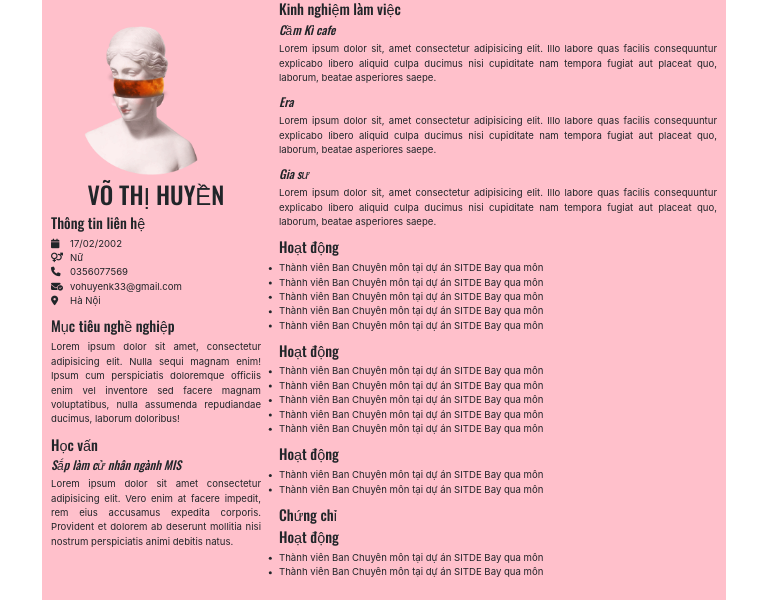
Repository: huyennvo/CSS
Page: CV/index.html
These files come from the project's save history. The page is drawn as it stood at one moment and after the next save; the edit follows.
The browser window is 1280 px wide. The pictures show the whole page, at 60% of full size.
Some web libraries are served in a nearby version.

Above is the page before, as saved 2022-07-18 15:35:02.

### CV/index.html
<!DOCTYPE html>
<html lang="en">
<head>
    <meta charset="UTF-8">
    <meta http-equiv="X-UA-Compatible" content="IE=edge">
    <meta name="viewport" content="width=device-width, initial-scale=1.0">
    <title>CV</title>
    <link rel="stylesheet" href="./style.css">
    <link rel="stylesheet" href="https://cdn.jsdelivr.net/npm/bootstrap@4.6.1/dist/css/bootstrap.min.css" integrity="sha384-zCbKRCUGaJDkqS1kPbPd7TveP5iyJE0EjAuZQTgFLD2ylzuqKfdKlfG/eSrtxUkn" crossorigin="anonymous">
    <style>
        @import url('https://fonts.googleapis.com/css2?family=Open+Sans:ital,wght@1,500&family=Oswald:wght@500&display=swap');
    </style>
    <script src="https://kit.fontawesome.com/1b99fd25e4.js" crossorigin="anonymous"></script>
</head>
<body>
    <div class="container">
        <div class="row">
            <div class="left col-sm-4">
                <img src="./aurora101.png" class="rounded" alt="Cinque Terre">
                <h1>VÕ THỊ HUYỀN</h1>
                <h4>Thông tin liên hệ</h4>
                <div class="row">
                    <div class="left col-sm-1">

                            <i class="fa-solid fa-calendar"></i>

                            <i class="fa-solid fa-venus-mars"></i>

                            <i class="fa-solid fa-phone"></i>

                            <i class="fa-solid fa-envelope-circle-check"></i>

                            <i class="fa-solid fa-location-dot"></i>
                    </div>
                    <div class="left col-sm-3">
                            17/02/2002
                            <br>

                            Nữ
                            <br>

                            0356077569
                            <br>

                            vohuyenk33@gmail.com
                            <br>
                            <p>Hà Nội </p>
                    </div>

                </div>
                <h4>Mục tiêu nghề nghiệp</h4>
                <p>Lorem ipsum dolor sit amet, consectetur adipisicing elit. Nulla sequi magnam enim! Ipsum cum perspiciatis doloremque officiis enim vel inventore sed facere magnam voluptatibus, nulla assumenda repudiandae ducimus, laborum doloribus!</p>
                <h4>Học vấn</h4>
                <h5>Sắp làm cử nhân ngành MIS</h5>
                <p>Lorem ipsum dolor sit amet consectetur adipisicing elit. Vero enim at facere impedit, rem eius accusamus expedita corporis. Provident et dolorem ab deserunt mollitia nisi nostrum perspiciatis animi debitis natus.</p>
            </div>
        <div class="right col-sm-8">
            <h4>Kinh nghiệm làm việc</h4>
            <h5>Cầm Kì cafe</h5>
            <p>Lorem ipsum dolor sit, amet consectetur adipisicing elit. Illo labore quas facilis consequuntur explicabo libero aliquid culpa ducimus nisi cupiditate nam tempora fugiat aut placeat quo, laborum, beatae asperiores saepe.</p>
            <h5>Era</h5>
            <p>Lorem ipsum dolor sit, amet consectetur adipisicing elit. Illo labore quas facilis consequuntur explicabo libero aliquid culpa ducimus nisi cupiditate nam tempora fugiat aut placeat quo, laborum, beatae asperiores saepe.</p>
            <h5>Gia sư</h5>
            <p>Lorem ipsum dolor sit, amet consectetur adipisicing elit. Illo labore quas facilis consequuntur explicabo libero aliquid culpa ducimus nisi cupiditate nam tempora fugiat aut placeat quo, laborum, beatae asperiores saepe.</p>
            <h4>Hoạt động</h4>
            <ul>
                <li>Thành viên Ban Chuyên môn tại dự án SITDE Bay qua môn</li>
                <li>Thành viên Ban Chuyên môn tại dự án SITDE Bay qua môn</li>
                <li>Thành viên Ban Chuyên môn tại dự án SITDE Bay qua môn</li>
                <li>Thành viên Ban Chuyên môn tại dự án SITDE Bay qua môn</li>
                <li>Thành viên Ban Chuyên môn tại dự án SITDE Bay qua môn</li>
            </ul>
            <h4>Hoạt động</h4>
            <ul>
                <li>Thành viên Ban Chuyên môn tại dự án SITDE Bay qua môn</li>
                <li>Thành viên Ban Chuyên môn tại dự án SITDE Bay qua môn</li>
                <li>Thành viên Ban Chuyên môn tại dự án SITDE Bay qua môn</li>
                <li>Thành viên Ban Chuyên môn tại dự án SITDE Bay qua môn</li>
                <li>Thành viên Ban Chuyên môn tại dự án SITDE Bay qua môn</li>
            </ul>
            <h4>Hoạt động</h4>
            <ul>
                <li>Thành viên Ban Chuyên môn tại dự án SITDE Bay qua môn</li>
                <li>Thành viên Ban Chuyên môn tại dự án SITDE Bay qua môn</li>
            </ul>
            <h4>Chứng chỉ</h4>
            <h4>Hoạt động</h4>
            <ul>
                <li>Thành viên Ban Chuyên môn tại dự án SITDE Bay qua môn</li>
                <li>Thành viên Ban Chuyên môn tại dự án SITDE Bay qua môn</li>
            </ul>
        </div>
    </div>
</body>
</html>

### CV/style.css
*{
    margin: 0;
    padding: 0;
}

.container {
    width: 500px;
    height: 1000px;
    background-color: pink;
    border: 5px;
    column-gap: 5px;
    border-color: black;
}

img {
    display: block;
    max-width:300px;
    max-height:300px;
    width: auto;
    height: auto;
  }

h1, h4 {
    font-family: 'Open Sans', sans-serif;
    font-family: 'Oswald', sans-serif;
    text-align: center;
}

h4 {
    text-align: left;
}

h5{
    font-family: 'Open Sans', sans-serif;
    font-family: 'Oswald', sans-serif;
    font-style: italic;
}
.left {

}

.right {

}

p, li {
    text-align: justify;
}

After the next save:
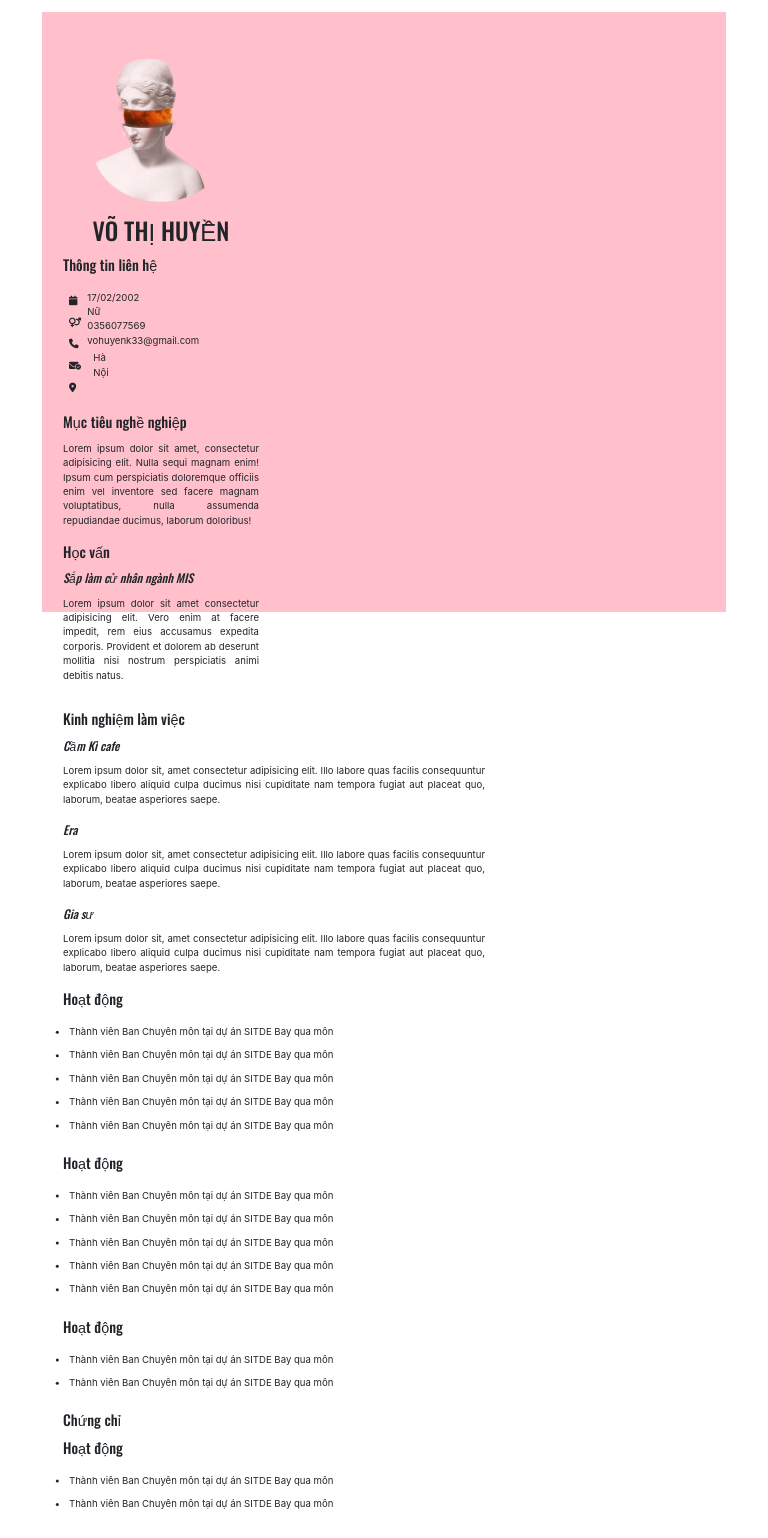
Saved 91 s later.
--- a/CV/style.css
+++ b/CV/style.css
@@ -1,15 +1,14 @@
 *{
-    margin: 0;
-    padding: 0;
+    margin: 5px;
+    padding: 5px;
+
 }
 
 .container {
     width: 500px;
     height: 1000px;
     background-color: pink;
-    border: 5px;
-    column-gap: 5px;
-    border-color: black;
+
 }
 
 img {

After the save that followed:
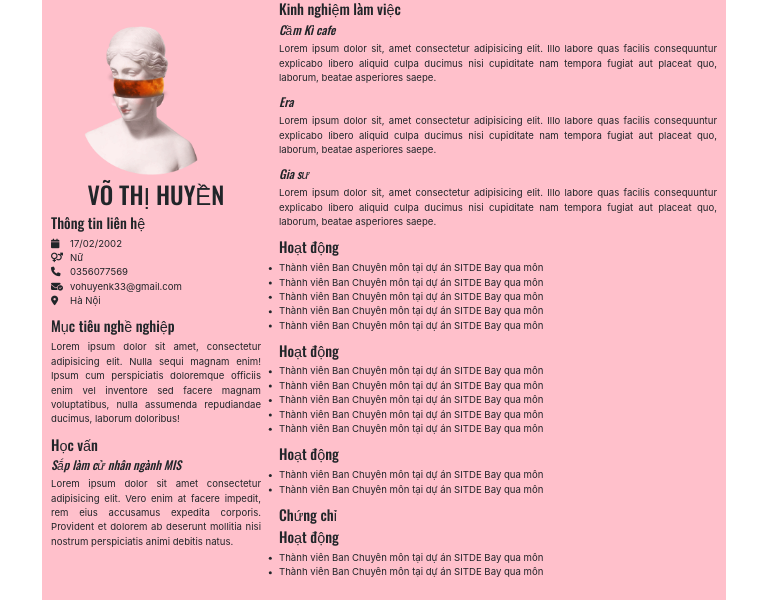
Saved 17 s later.
--- a/CV/style.css
+++ b/CV/style.css
@@ -1,6 +1,6 @@
 *{
-    margin: 5px;
-    padding: 5px;
+    margin: 0px;
+    padding: 0px;
 
 }
 
